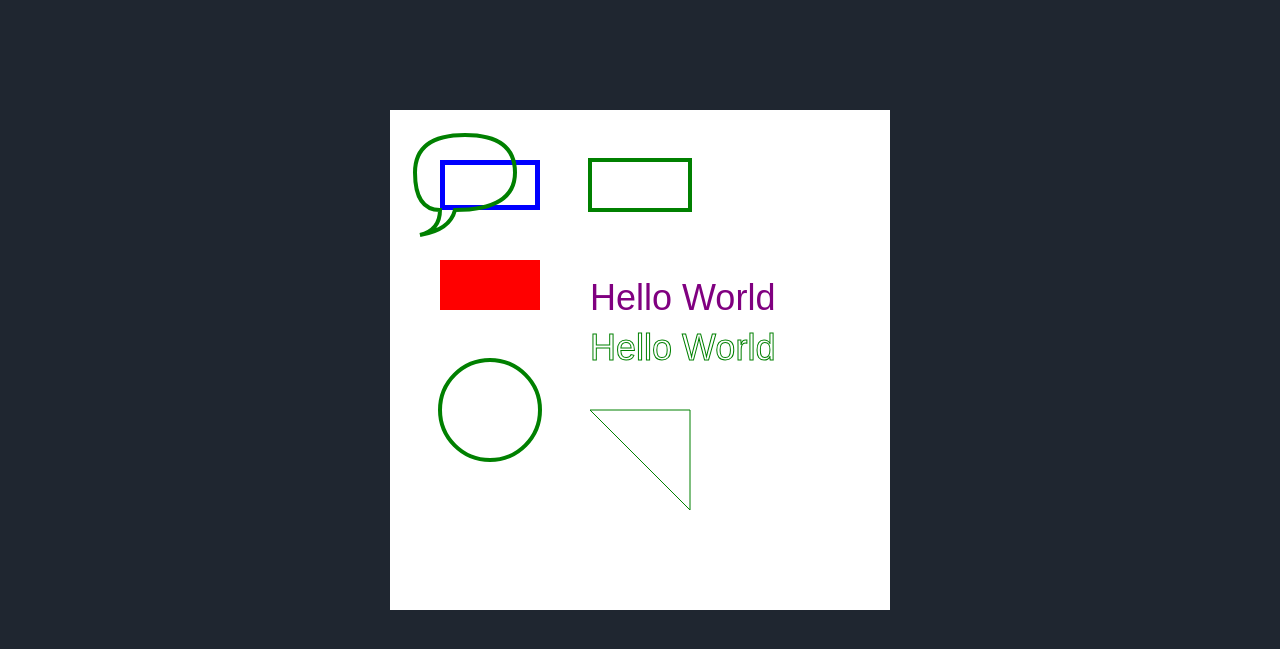
Repository: thecodeholic/cst-javascript-course
Page: /
These files come from the project's save history. The page is drawn as it stood at one moment and after a run of saves; the edit follows.
The browser window is 1280 px wide. The pictures show the whole page.
The project was rebuilt for these pictures with package versions that can differ from the ones it lists, and the page was loaded fresh each time.

Above is the page before, as saved 2020-11-25 09:52:52.

After the next 2 saves:
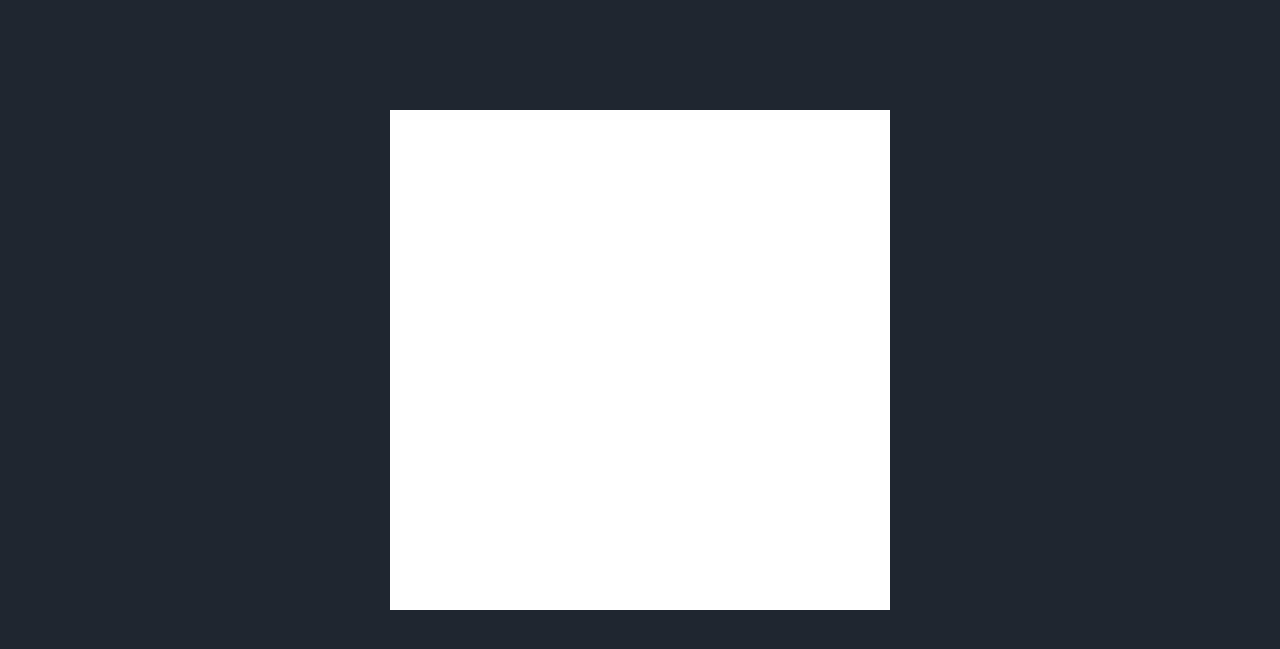
The 2 saves are shown as one change because they came seconds apart.
The last was saved 10 min 46 s later.
--- a/app.js
+++ b/app.js
@@ -9,59 +9,60 @@
 const canvas = document.getElementById('myCanvas');
 const ctx = canvas.getContext('2d');
 
-// Draw rectangles
-// =================
-// fillRect
-ctx.fillStyle = 'blue';
-ctx.fillRect(50, 50, 100, 50);
-ctx.fillStyle = 'red';
-ctx.fillRect(50, 150, 100, 50)
+// // Draw rectangles
+// // =================
+// // fillRect
+// ctx.fillStyle = 'blue';
+// ctx.fillRect(50, 50, 100, 50);
+// ctx.fillStyle = 'red';
+// ctx.fillRect(50, 150, 100, 50)
 
-// strokeRect
-ctx.strokeStyle = 'green';
-ctx.lineWidth = 4;
-ctx.strokeRect(200, 50, 100, 50);
+// // strokeRect
+// ctx.strokeStyle = 'green';
+// ctx.lineWidth = 4;
+// ctx.strokeRect(200, 50, 100, 50);
 
-// clearRect
-ctx.clearRect(55, 55, 90, 40);
+// // clearRect
+// ctx.clearRect(55, 55, 90, 40);
 
-// fillText
-ctx.font = '36px Arial';
-ctx.fillStyle = 'purple';
-ctx.fillText("Hello World", 200, 200)
+// // fillText
+// ctx.font = '36px Arial';
+// ctx.fillStyle = 'purple';
+// ctx.fillText("Hello World", 200, 200)
 
-// strokeText
-ctx.lineWidth = 1;
-ctx.strokeText("Hello World", 200, 250);
+// // strokeText
+// ctx.lineWidth = 1;
+// ctx.strokeText("Hello World", 200, 250);
 
-// Paths   beginPath, moveTo, lineTo, closePath, stroke, fill
-// ==============
-ctx.beginPath();
-ctx.moveTo(200, 300);
-ctx.lineTo(300, 300);
-ctx.lineTo(300, 400);
-ctx.closePath();
-ctx.stroke();
+// // Paths   beginPath, moveTo, lineTo, closePath, stroke, fill
+// // ==============
+// ctx.beginPath();
+// ctx.moveTo(200, 300);
+// ctx.lineTo(300, 300);
+// ctx.lineTo(300, 400);
+// ctx.closePath();
+// ctx.stroke();
 
-// Arcs
-// ====================
-ctx.beginPath();
-ctx.lineWidth = 4;
-ctx.arc(100, 300, 50, 0, 2 * Math.PI);
-ctx.stroke();
+// // Arcs
+// // ====================
+// ctx.beginPath();
+// ctx.lineWidth = 4;
+// ctx.arc(100, 300, 50, 0, 2 * Math.PI);
+// ctx.stroke();
 
-ctx.beginPath();
-ctx.moveTo(75, 25);
-ctx.quadraticCurveTo(25, 25, 25, 62.5);
-ctx.quadraticCurveTo(25, 100, 50, 100);
-ctx.quadraticCurveTo(50, 120, 30, 125);
-ctx.quadraticCurveTo(60, 120, 65, 100);
-ctx.quadraticCurveTo(125, 100, 125, 62.5);
-ctx.quadraticCurveTo(125, 25, 75, 25);
-ctx.stroke();
+// ctx.beginPath();
+// ctx.moveTo(75, 25);
+// ctx.quadraticCurveTo(25, 25, 25, 62.5);
+// ctx.quadraticCurveTo(25, 100, 50, 100);
+// ctx.quadraticCurveTo(50, 120, 30, 125);
+// ctx.quadraticCurveTo(60, 120, 65, 100);
+// ctx.quadraticCurveTo(125, 100, 125, 62.5);
+// ctx.quadraticCurveTo(125, 25, 75, 25);
+// ctx.stroke();
 
 // Draw image
 // ====================
+
 
 // Write text
 // ====================
